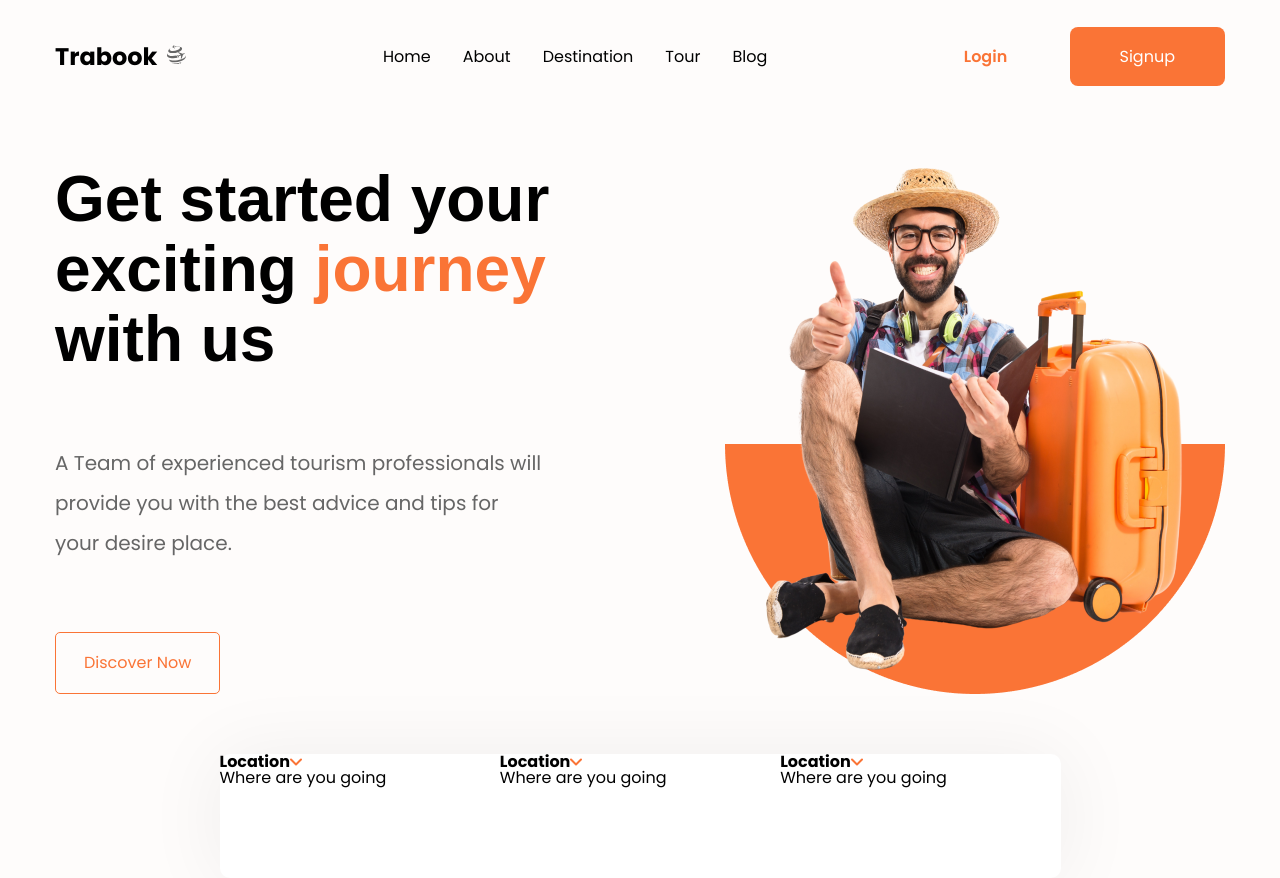
Repository: phobo99/phobo99.github.io
Page: Trabook/index.html
The author's editor kept a copy of each file at every save. The page is drawn from the files as they stood at one save, then again after the next save.
The browser window is 1280 px wide. The pictures show the whole page.
Some web fonts or font styles are not loaded; a fallback is used. Some web libraries are served in a nearby version. The style sheet was rebuilt from its Sass, Less or Tailwind sources for each picture, by a compiler version that may differ from the author's.

Above is the page before, as saved 2022-06-18 22:56:14.

### Trabook/index.html
<!DOCTYPE html>
<html lang="en">

<head>
    <meta charset="UTF-8">
    <meta http-equiv="X-UA-Compatible" content="IE=edge">
    <meta name="viewport" content="width=device-width, initial-scale=1.0">
    <title>Responsive</title>
    <link
        href="https://fonts.googleapis.com/css2?family=Poppins:wght@300;400;500;600;700&family=Volkhov:wght@400;700&display=swap"
        rel="stylesheet">
    <link rel="stylesheet" href="https://cdnjs.cloudflare.com/ajax/libs/font-awesome/6.1.1/css/all.min.css"
        integrity="sha512-KfkfwYDsLkIlwQp6LFnl8zNdLGxu9YAA1QvwINks4PhcElQSvqcyVLLD9aMhXd13uQjoXtEKNosOWaZqXgel0g=="
        crossorigin="anonymous" referrerpolicy="no-referrer" />

    <link rel="stylesheet" href="reset.css">
    <link rel="stylesheet" href="style.css">
</head>

<body>
    <div class="container-fluid">
        <header class="header container">
            <div class="nav-bar">
                <div class="logo">
                    <span class="text-logo">Trabook</span>
                    <svg width="19" height="19" viewBox="0 0 19 19" fill="none" xmlns="http://www.w3.org/2000/svg">
                        <path
                            d="M1.64111 4.96058C1.79426 4.76583 1.99595 4.50221 2.15747 4.31379C2.6412 3.79446 2.70397 3.72638 3.14417 3.34242C3.27473 3.24108 3.42956 3.11917 3.58103 3.00437C2.46378 3.89896 2.32151 4.88933 3.3467 5.50129C3.34503 5.50129 3.34503 5.50129 3.34503 5.50287C4.77863 6.31987 7.92034 6.14333 10.3992 5.09675C12.8003 4.08342 13.6865 2.63388 12.5015 1.77254C11.4612 1.58808 10.221 1.56671 8.90871 1.73296L8.7723 1.52L8.88528 1.16692C9.6569 1.10121 10.39 1.11704 11.0227 1.21917C11.1759 1.24371 11.3776 1.28567 11.5282 1.31575C11.8194 1.38304 11.9776 1.42342 12.1676 1.48121C12.3617 1.53583 12.5274 1.59046 12.8162 1.69179C13.099 1.79708 13.2212 1.84458 13.448 1.95146C13.702 2.06108 13.9488 2.18506 14.187 2.32275C16.0751 3.44612 14.9009 5.49575 11.5692 6.90017C8.24673 8.29983 4.01287 8.51992 2.11563 7.41C2.11479 7.40842 2.11228 7.40683 2.10726 7.40525H2.11061C1.07453 6.78458 0.965735 5.88367 1.64111 4.96058ZM10.2854 12.8139L10.2586 11.552L9.31042 10.5545C6.17792 11.2258 3.09898 11.0817 1.38669 10.1278C1.38084 10.1215 1.36661 10.1151 1.36075 10.1088C0.391624 9.54433 0.152272 8.816 0.225082 8.02433C-0.00171646 9.18254 -0.0201282 9.60054 0.0125108 10.5917C0.0526817 11.2124 0.431795 11.7847 1.19421 12.236L1.20007 12.2423C3.02533 13.3158 6.82819 13.5486 10.2854 12.8139ZM14.2397 14.2587C9.81842 15.9362 4.28486 16.0352 1.8813 14.4827C2.14087 15.0828 2.49406 15.6427 2.92909 16.1437C5.13515 17.5687 10.2143 17.4776 14.2707 15.9378C16.645 15.0377 18.143 13.8399 18.5364 12.7173L18.6468 12.3793C18.9088 11.5227 18.9582 10.8094 19 10.1745C18.9523 11.5528 17.2358 13.1203 14.2397 14.2587ZM4.47986 17.4895C4.61878 17.6146 5.05564 18.122 7.26923 18.6825C7.86761 18.8076 9.37402 19.209 12.1567 18.6255L12.1734 18.3857L11.9533 18.0595C9.37151 18.6374 6.50347 18.4442 4.47986 17.4895ZM10.8687 7.50737L13.2196 9.19283C13.2196 9.19283 13.7225 9.53563 13.248 9.77629C12.7752 10.0146 11.5608 10.598 11.5608 10.598L10.3616 10.1745L9.75983 10.4278L10.821 11.2995L10.8294 12.6556L11.4529 12.3935L11.8663 11.248C11.8663 11.248 13.1359 10.7857 13.6397 10.6115C14.146 10.4413 14.0782 11.024 14.0782 11.024L13.8288 13.8035L14.6573 13.4552L16.0215 9.70504C16.0215 9.70504 16.7446 9.37254 17.2534 9.08042C17.7614 8.78829 17.9355 8.30379 17.9355 8.30379C17.9355 8.30379 17.44 8.10192 16.8693 8.26421C16.2985 8.42492 15.5545 8.7115 15.5545 8.7115L11.6947 7.16062L10.8687 7.50737ZM5.89505 2.17471L7.49101 3.37725L7.92703 3.3155L7.05833 2.23646C7.05833 2.23646 6.8692 2.01321 7.12361 1.96017C7.3797 1.90633 8.02746 1.78125 8.02746 1.78125L8.51453 2.14937L8.8426 2.10346L8.47101 1.54454L8.66685 0.924667L8.34966 0.968208L7.9739 1.44004C7.9739 1.44004 7.31443 1.49862 7.05499 1.51921C6.79388 1.53821 6.90602 1.273 6.90602 1.273L7.40648 0L6.96795 0.0609583L5.81303 1.65142C5.81303 1.65142 5.42806 1.71792 5.14938 1.79313C4.86985 1.86754 4.72256 2.07179 4.72256 2.07179C4.72256 2.07179 4.9276 2.22854 5.21633 2.223C5.50757 2.21746 5.89505 2.17471 5.89505 2.17471ZM13.7828 17.6265L12.7501 17.1158L12.5124 17.1942L13.1242 17.712C13.1242 17.712 13.2547 17.8172 13.1175 17.8735C12.9802 17.9289 12.6304 18.065 12.6304 18.065L12.3417 17.9431L12.1701 18.0017L12.4103 18.244L12.3868 18.5978L12.5659 18.5392L12.6998 18.2519C12.6998 18.2519 13.0631 18.1497 13.2078 18.1133C13.3518 18.0761 13.3192 18.236 13.3192 18.236L13.1827 19L13.4213 18.9216L13.8891 17.9115C13.8891 17.9115 14.0958 17.8347 14.2439 17.7642C14.3921 17.6937 14.4506 17.5639 14.4506 17.5639C14.4506 17.5639 14.3192 17.4958 14.1569 17.5299C13.9937 17.5623 13.7828 17.6265 13.7828 17.6265Z"
                            fill="#666666" />
                    </svg>
                </div>
                <div class="menu-list">
                    <ul class="menu">
                        <li>Home</li>
                        <li>About</li>
                        <li>Destination</li>
                        <li>Tour</li>
                        <li>Blog</li>
                    </ul>
                </div>
                <div class="nav-login">
                    <span class="login">Login</span>
                    <span class="sign-up">Signup</span>
                </div>
            </div>
            <div class="content">
                <div class="content-left">
                    <h1 class="header-content">Get started your exciting <span class="text-org">journey</span> with us
                    </h1>
                    <span class="desc-content">A Team of experienced tourism professionals will provide you with the
                        best advice and tips for
                        your desire place. </span>
                    <div class="content-button">
                        Discover Now
                    </div>
                </div>
                <div class="content-right">
                    <img src="./img/people-01.png" alt="" class="img-people">
                </div>
            </div>
            <div class="search-bar">
                <div class="list-search">
                    <div class="item-search">
                        <div class="title-item">
                            <p>Location</p>
                            <svg width="12" height="8" viewBox="0 0 12 8" fill="none"
                                xmlns="http://www.w3.org/2000/svg">
                                <path d="M1 1.5L6 6.5L11 1.5" stroke="#FA7436" stroke-width="2" stroke-linecap="round"
                                    stroke-linejoin="round" />
                            </svg>
                        </div>
                        <div class="desc-item">
                            Where are you going
                        </div>
                    </div>
                    <div class="item-search">
                        <div class="title-item">
                            <p>Location</p>
                            <svg width="12" height="8" viewBox="0 0 12 8" fill="none"
                                xmlns="http://www.w3.org/2000/svg">
                                <path d="M1 1.5L6 6.5L11 1.5" stroke="#FA7436" stroke-width="2" stroke-linecap="round"
                                    stroke-linejoin="round" />
                            </svg>
                        </div>
                        <div class="desc-item">
                            Where are you going
                        </div>
                    </div>
                    <div class="item-search">
                        <div class="title-item">
                            <p>Location</p>
                            <svg width="12" height="8" viewBox="0 0 12 8" fill="none"
                                xmlns="http://www.w3.org/2000/svg">
                                <path d="M1 1.5L6 6.5L11 1.5" stroke="#FA7436" stroke-width="2" stroke-linecap="round"
                                    stroke-linejoin="round" />
                            </svg>
                        </div>
                        <div class="desc-item">
                            Where are you going
                        </div>
                    </div>
                </div>
            </div>
        </header>
    </div>
</body>

</html>

### Trabook/style.scss
$bg-color: #fefcfb;
$bg-second: #f7f8fc;
$primary-color: #fa7436;
$header-color: #222;
$gray-color: #666666;

@mixin size($width, $height: $width) {
  width: $width;
  height: $height;
}
@mixin flexbox(
  $align: flex-start,
  $justify: flex-start,
  $flex-direction: row,
  $wrap: nowrap
) {
  display: flex;
  align-items: $align;
  justify-content: $justify;
  flex-direction: $flex-direction;
  flex-wrap: $wrap;
}
html {
  font-size: 62.5%;
}
* {
  box-sizing: border-box;
}
body {
  font-size: 1.6rem;
  font-family: "Poppins", sans-serif;
  font-weight: normal;
  background-color: #fefcfb;
}

a {
  text-decoration: none;
}

img {
  display: block;
  max-width: 100%;
}
h1 {
  font-family: "Volkhov", sans-serif;
  font-weight: 700;
  font-size: 64px;
  line-height: 70px;
}
.container-fluid {
  .container {
    max-width: 1170px;
    margin: 0 auto;
  }
  .text-org {
    color: $primary-color;
  }
  .desc-content {
    color: $gray-color;
    line-height: 2;
    font-size: 20px;
  }
  .header {
    .nav-bar {
      display: flex;
      @include size(100%, 114px);
      align-items: center;
      justify-content: space-between;
      .logo {
        display: flex;
        cursor: pointer;
        .text-logo {
          font-size: 24px;
          font-weight: bold;
          margin-right: 10px;
        }
      }
      .menu-list {
        .menu {
          @include flexbox(stretch, space-between);
          gap: 32px;
          li {
            cursor: pointer;
          }
        }
      }
      .nav-login {
        .login {
          font-size: 16px;
          font-weight: 600;
          color: $primary-color;
          cursor: pointer;
        }
        .sign-up {
          padding: 18px 50px;
          background-color: $primary-color;
          border-radius: 8px;
          color: white;
          margin-left: 58px;
          cursor: pointer;
          &:hover {
            opacity: 0.8;
            transition: all 0.2s linear;
          }
        }
      }
    }
    .content {
      @include size(100%, 530px);
      @include flexbox(stretch, space-between);
      margin-top: 50px;
      .content-left {
        @include flexbox(stretch, space-between, column);
        @include size(490px, auto);
        .header-content {
          width: 521px;
        }
        .content-button {
          width: fit-content;
          padding: 22px 28px;
          border: 1px solid $primary-color;
          border-radius: 5px;
          color: $primary-color;
        }
      }
      .content-right {
      }
    }
    .search-bar {
      background-color: white;
      width: 841px;
      height: 124px;
      margin: 0 auto;
      margin-top: 6rem;
      box-shadow: 0px 2px 80px 2px rgba(0, 0, 0, 0.06);
      border-radius: 10px;
      .list-search {
        display: grid;
        grid-template-columns: repeat(3, 1fr);
        .item-search {
          display: flex;
          flex-direction: column;
          .title-item {
            width: fit-content;
            display: flex;
            justify-content: center;
            align-items: center;
            font-weight: bold;
          }
          .desc-item {
          }
        }
      }
    }
  }
}
@media screen and (min-width: 768px) {
}
@media screen and (max-width: 767px) {
}

Loaded but not shown: Trabook/reset.css (common file)

After the next save:
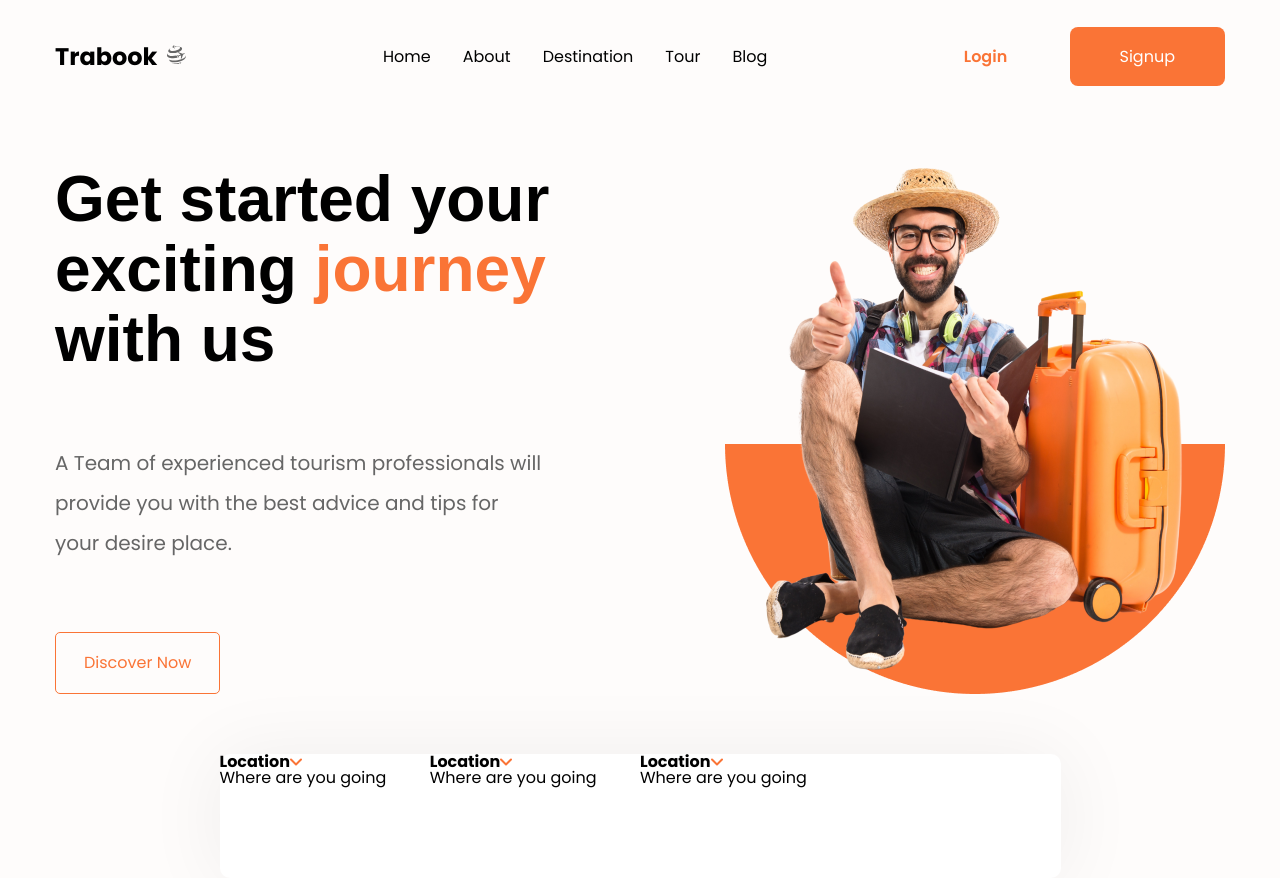
Saved 5 s later.
--- a/Trabook/style.scss
+++ b/Trabook/style.scss
@@ -136,7 +136,7 @@ h1 {
       border-radius: 10px;
       .list-search {
         display: grid;
-        grid-template-columns: repeat(3, 1fr);
+        grid-template-columns: repeat(4, 1fr);
         .item-search {
           display: flex;
           flex-direction: column;
